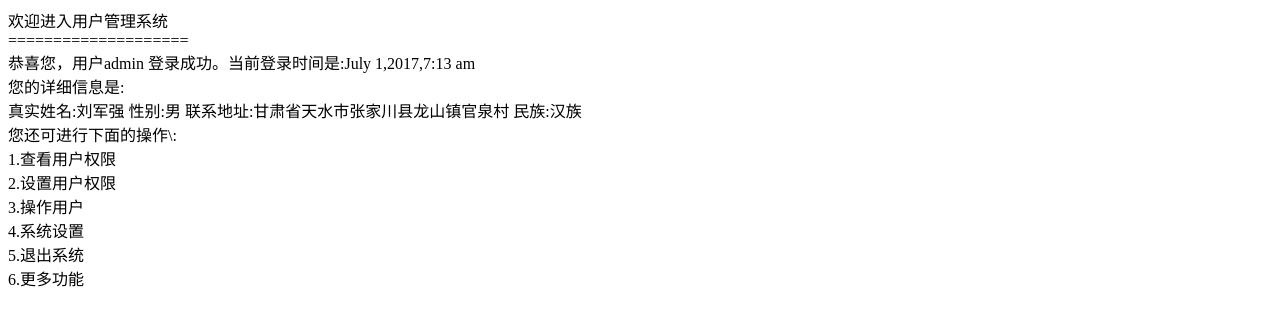
Repository: ljcan/PHP_Scripts
Page: http://localhost/src/new_file07.php
These files come from the project's save history. The page is drawn as it stood at one moment and after the next save; the edit follows.
The browser window is 1280 px wide. The pictures show the whole page.
The page is run by PHP 8.4 with error messages shown; the project is at /var/www/html/.

Above is the page before, as saved 2017-07-03 16:26:42.

### myjavascript_file/myphp/src/new_file07.php
<!DOCTYPE html PUBLIC "-//W3C//DTD HTML 4.01//EN"
"http://www.w3.org/TR/html4/strict.dtd">

<html xmlns="http://www.w3.org/1999/xhtml" lang="en">
    <head>
        <meta http-equiv="Content-Type" content="text/html; charset=utf-8" />
        <title>模拟实现用户系统登录功能</title>
        <meta name="author" content="Shinelon" />
        <!-- Date: 2017-07-03 -->
    </head>
    <body>
	<?php
	function checkLogin($name,$pass){
		if($name=="admin"&&$pass=="123456"){
			return true;
		}else{
			return  false;
		}
	}
	function getInfo(){
		$user=array();
		$user[]="刘军强";
		$user[]="男";
		$user[]="甘肃省天水市张家川县龙山镇官泉村";
		$user[]="汉族";
		return $user;
	}
	function lastoper($name,$pass){
		checkLogin($name, $pass);
		list($realname,$gender,$address,$nation)=getInfo();
		$result=checkLogin($name, $pass);
		if($result){
		echo '欢迎进入用户管理系统','</br>';
		echo '====================','</br>';
		echo "恭喜您，用户$name 登录成功。当前登录时间是:".date("F j,Y,g:i a");
		echo"</br>";
		echo '您的详细信息是:','</br>';
		echo "真实姓名:$realname \t性别:$gender \t联系地址:$address\t民族:$nation";
		echo"</br>";
		echo '您还可进行下面的操作\:','</br>','1.查看用户权限','</br>','2.设置用户权限','</br>','3.操作用户','</br>','4.系统设置','</br>','5.退出系统','</br>','6.更多功能';
		}else{
			echo "很抱歉，用户名或密码登录失败。请重新修改您的用户名和密码进行登录";
		}
	}
	lastoper("admin", "123456");
	?>
    </body>
</html>

After the next save:
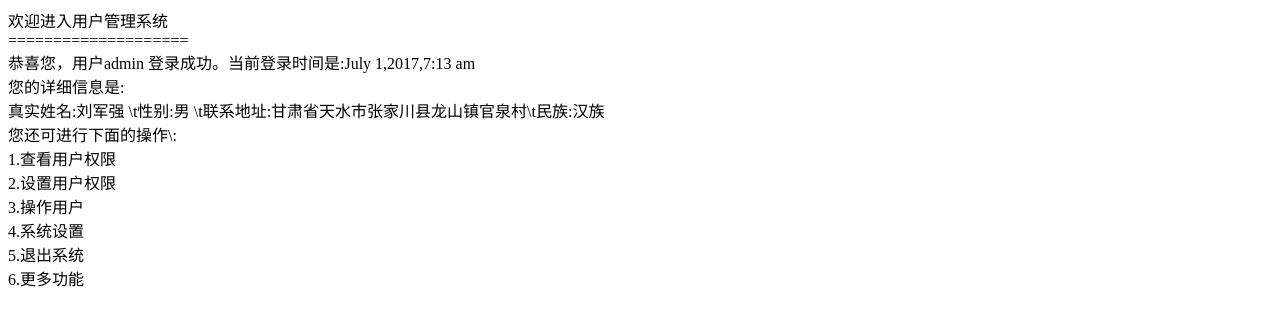
Saved 37 s later.
--- a/myjavascript_file/myphp/src/new_file07.php
+++ b/myjavascript_file/myphp/src/new_file07.php
@@ -35,7 +35,7 @@
 		echo "恭喜您，用户$name 登录成功。当前登录时间是:".date("F j,Y,g:i a");
 		echo"</br>";
 		echo '您的详细信息是:','</br>';
-		echo "真实姓名:$realname \t性别:$gender \t联系地址:$address\t民族:$nation";
+		echo "真实姓名:$realname \\t性别:$gender \\t联系地址:$address\\t民族:$nation";
 		echo"</br>";
 		echo '您还可进行下面的操作\:','</br>','1.查看用户权限','</br>','2.设置用户权限','</br>','3.操作用户','</br>','4.系统设置','</br>','5.退出系统','</br>','6.更多功能';
 		}else{
